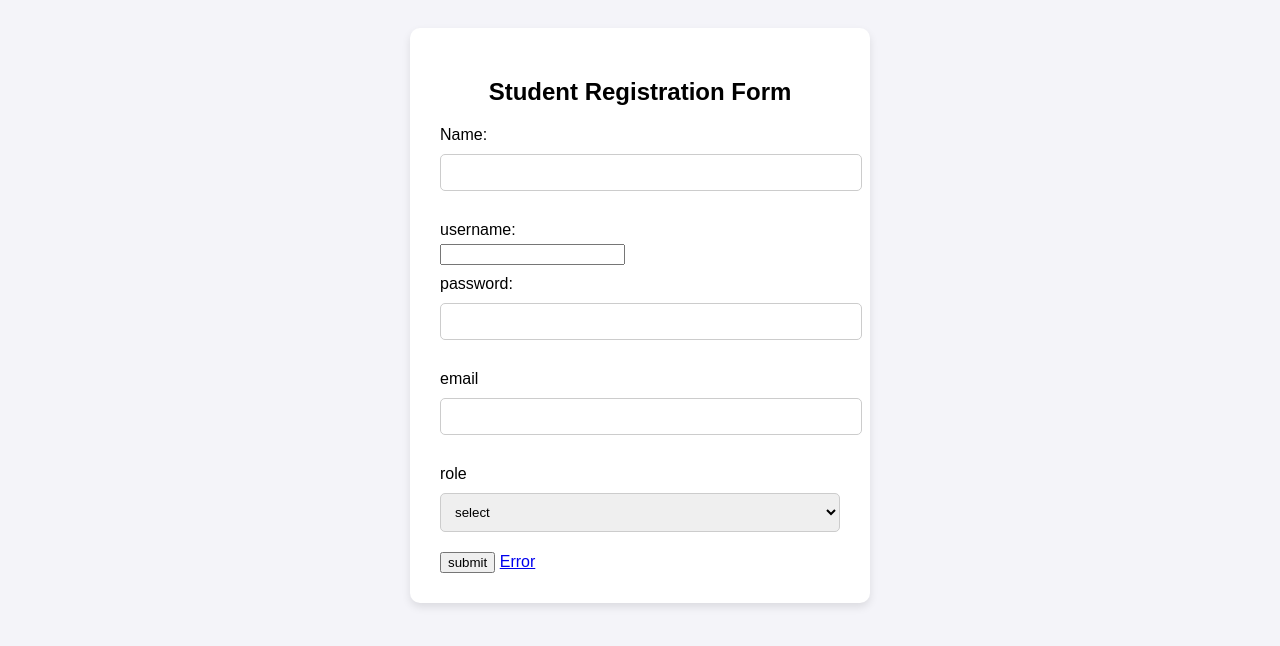
Repository: snehal-shinde151/my_repo
Page: classpro/src/main/webapp/Registration.html
An editor plug-in stored every save of this project. The page is shown before and after the next save, followed by the edit.
The browser window is 1280 px wide. The pictures show the whole page.

Above is the page before, as saved 2025-03-07 08:14:47.

### classpro/src/main/webapp/Registration.html
<!DOCTYPE html>
<html>
<head>
<meta charset="UTF-8">
<title>Insert title here</title>
</head>

<head>

    <meta name="viewport" content="width=device-width, initial-scale=1.0">
    <title>Student Registration Form</title>
    <style>
        body {
            font-family: Arial, sans-serif;
            background-color: #f4f4f9;
            padding: 20px;
        }
        .form-container {
            background-color: white;
            padding: 30px;
            border-radius: 10px;
            box-shadow: 0 4px 8px rgba(0, 0, 0, 0.1);
            width: 400px;
            margin: 0 auto;
        }
        h2 {
            text-align: center;
        }
        label {
            display: block;
            margin: 10px 0 5px;
        }
        input[type="text"],
        input[type="email"],
        input[type="number"],
        input[type="date"],
        select,
        textarea {
            width: 100%;
            padding: 10px;
            margin: 5px 0 20px;
            border: 1px solid #ccc;
            border-radius: 5px;
        }
        .submit-btn {
            background-color: #4CAF50;
            color: white;
            padding: 10px 20px;
            border: none;
            border-radius: 5px;
            cursor: pointer;
            width: 100%;
        }
        .submit-btn:hover {
            background-color: #45a049;
        }
    </style>
</head>
<body>
    <div class="form-container">
        <h2>Student Registration Form</h2>
        <form action="Servlet" method="service">

  <input type="hidden" name="str" value="register">
            <label for="name"> Name:</label>
            <input type="text" name="name" required>

            <label for="username">username:</label>
            <input type="username" id="username" name="username" required>

            <label for="phone">password:</label>
            <input type="number" id="phone" name="phone" required>

            <label for="email">email</label>
            <input type="email" id="email" name="email" required>

            <label for="password">role</label>
            <select name="role">
           <option value="select">select</option>
			<option value="STUDENT">Student</option>
			<option value="ADMIN">Admin</option>




            </select>

            <input type="submit" value="submit"/>
            <a href="error.html">Error</a>
        </form>
    </div>
</body>



</html>

After the next save:
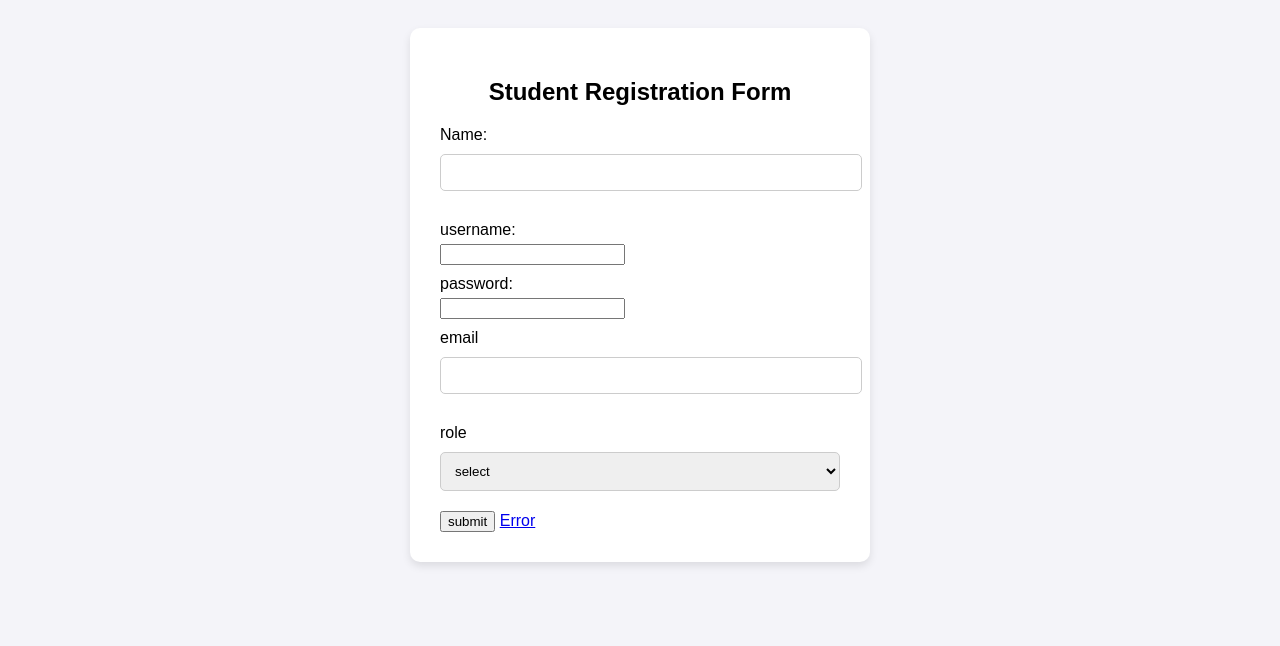
Saved 15 min 28 s later.
--- a/classpro/src/main/webapp/Registration.html
+++ b/classpro/src/main/webapp/Registration.html
@@ -68,13 +68,13 @@
             <label for="username">username:</label>
             <input type="username" id="username" name="username" required>
 
-            <label for="phone">password:</label>
-            <input type="number" id="phone" name="phone" required>
+            <label for="password">password:</label>
+            <input type="password" id="password" name="password" required>
 
             <label for="email">email</label>
             <input type="email" id="email" name="email" required>
 
-            <label for="password">role</label>
+            <label for="role">role</label>
             <select name="role">
            <option value="select">select</option>
 			<option value="STUDENT">Student</option>
